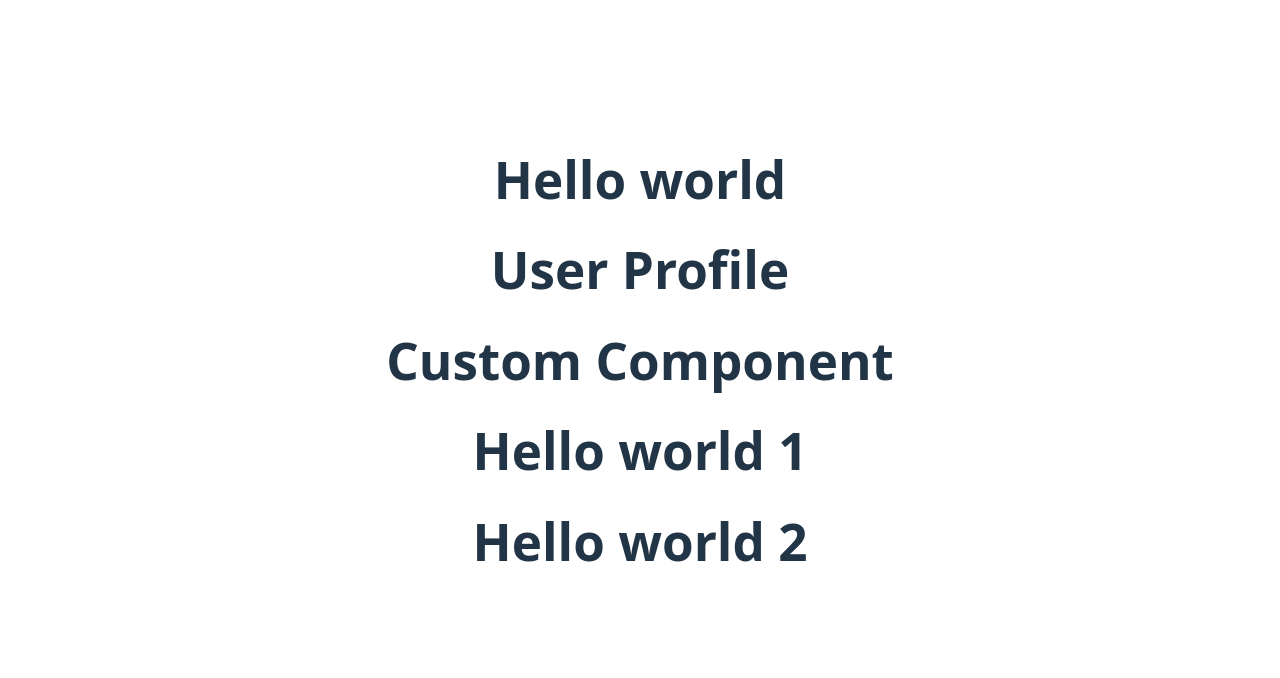
Repository: Janum4444/React-learning
Page: /
The author's editor kept a copy of each file at every save. The page is drawn from the files as they stood at one save, then again after a run of saves.
The browser window is 1280 px wide. The pictures show the whole page.
The project was rebuilt for these pictures with package versions that can differ from the ones it lists, and the page was loaded fresh each time. Also part of the build but not shown: vite.config.js.

Above is the page before, as saved 2026-02-21 19:51:14.

After the next 2 saves:
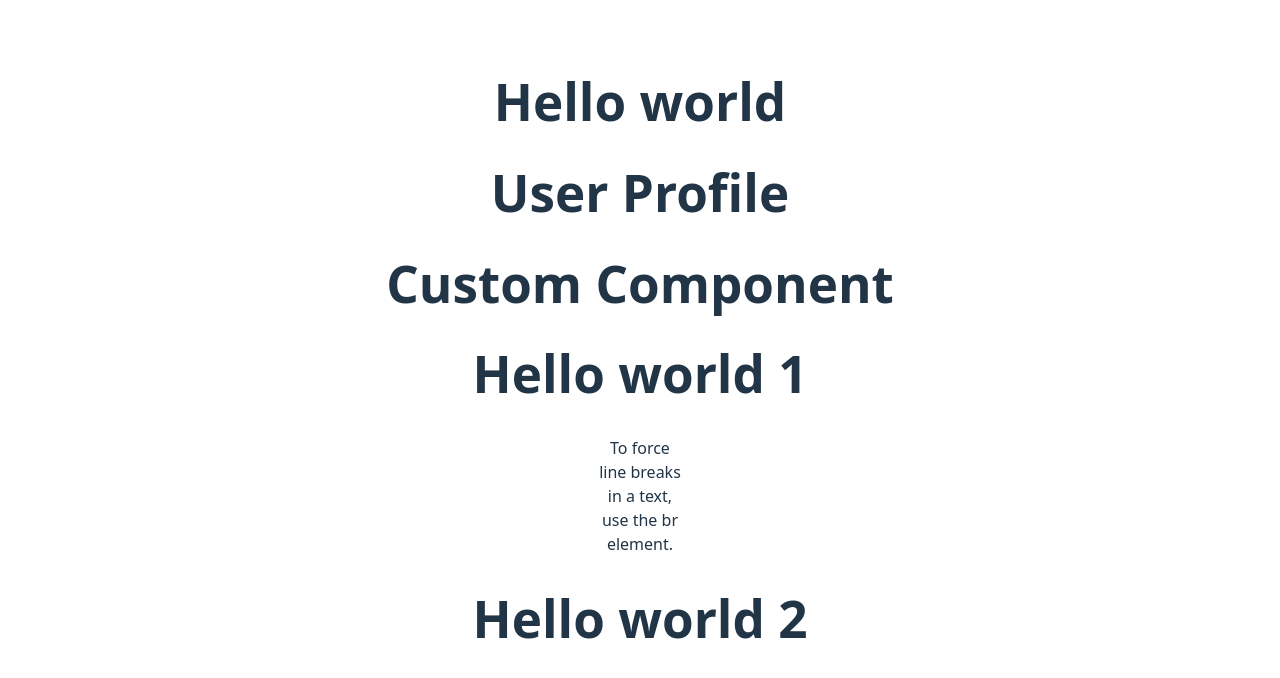
The 2 saves are shown as one change because 1 did not build or start.
The last was saved 3 min 29 s later.
--- a/src/Hello.jsx
+++ b/src/Hello.jsx
@@ -7,6 +7,7 @@ export const Hello = () => {
             <div id="hello-container1">
                 <h1> Hello world 1</h1>
             </div>
+            <p>To force<br /> line breaks<br /> in a text,<br /> use the br<br /> element.</p>
             <div id="hello-container2">
                 <h1> Hello world 2</h1>
             </div>
